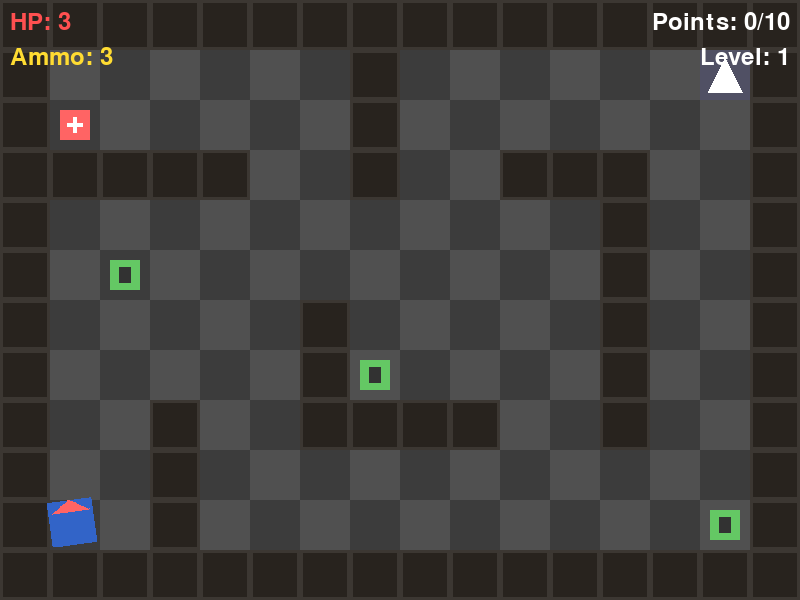
Repository: vjacheslavl/bb-apes
Script's output: python game.py
The author's editor kept a copy of each file at every save. The script's output is drawn from the files as they stood at one save, then again after the next save.
The window is shown after at most 60 frames with no key pressed. Random numbers start from a fixed seed.

Above is the script's output before, as saved 2026-03-07 13:33:51.

### game.py
import pygame
import sys
import math

pygame.init()

SCREEN_WIDTH = 800
SCREEN_HEIGHT = 600
FPS = 60

WHITE = (255, 255, 255)
BLUE = (50, 100, 200)
GRAY_LIGHT = (80, 80, 80)
GRAY_DARK = (60, 60, 60)
WALL_COLOR = (40, 35, 30)
TILE_SIZE = 50
PLAYER_SPEED = 3
BULLET_SPEED = 10
BULLET_COLOR = (255, 220, 50)
MAX_HP = 3
MEDKIT_COLOR = (255, 100, 100)
AMMO_COLOR = (100, 200, 100)
EXIT_COLOR = (100, 200, 255)
POINTS_TO_EXIT = 10

font = None

LEVEL_MAP = [
    [1, 1, 1, 1, 1, 1, 1, 1, 1, 1, 1, 1, 1, 1, 1, 1],
    [1, 0, 0, 0, 0, 0, 0, 1, 0, 0, 0, 0, 0, 0, 4, 1],
    [1, 2, 0, 0, 0, 0, 0, 1, 0, 0, 0, 0, 0, 0, 0, 1],
    [1, 1, 1, 1, 1, 0, 0, 1, 0, 0, 1, 1, 1, 0, 0, 1],
    [1, 0, 0, 0, 0, 0, 0, 0, 0, 0, 0, 0, 1, 0, 0, 1],
    [1, 0, 3, 0, 0, 0, 0, 0, 0, 0, 0, 0, 1, 0, 0, 1],
    [1, 0, 0, 0, 0, 0, 1, 0, 0, 0, 0, 0, 1, 0, 0, 1],
    [1, 0, 0, 0, 0, 0, 1, 3, 0, 0, 0, 0, 1, 0, 0, 1],
    [1, 0, 0, 1, 0, 0, 1, 1, 1, 1, 0, 0, 1, 0, 0, 1],
    [1, 0, 0, 1, 0, 0, 0, 0, 0, 0, 0, 0, 0, 0, 0, 1],
    [1, 0, 0, 1, 0, 0, 0, 0, 0, 0, 0, 0, 0, 0, 3, 1],
    [1, 1, 1, 1, 1, 1, 1, 1, 1, 1, 1, 1, 1, 1, 1, 1],
]

screen = pygame.display.set_mode((SCREEN_WIDTH, SCREEN_HEIGHT))
pygame.display.set_caption("WASD Movement Game")
clock = pygame.time.Clock()


def draw_floor(surface):
    for row in range(SCREEN_HEIGHT // TILE_SIZE + 1):
        for col in range(SCREEN_WIDTH // TILE_SIZE + 1):
            color = GRAY_LIGHT if (row + col) % 2 == 0 else GRAY_DARK
            pygame.draw.rect(surface, color, (col * TILE_SIZE, row * TILE_SIZE, TILE_SIZE, TILE_SIZE))


class Wall:
    def __init__(self, x, y, width, height):
        self.rect = pygame.Rect(x, y, width, height)

    def draw(self, surface):
        pygame.draw.rect(surface, WALL_COLOR, self.rect)
        pygame.draw.rect(surface, (60, 55, 50), self.rect, 3)


class Medkit:
    def __init__(self, x, y):
        self.rect = pygame.Rect(x + 10, y + 10, 30, 30)
        self.alive = True

    def draw(self, surface):
        pygame.draw.rect(surface, MEDKIT_COLOR, self.rect)
        pygame.draw.rect(surface, WHITE, (self.rect.centerx - 8, self.rect.centery - 2, 16, 4))
        pygame.draw.rect(surface, WHITE, (self.rect.centerx - 2, self.rect.centery - 8, 4, 16))


class AmmoPack:
    def __init__(self, x, y):
        self.rect = pygame.Rect(x + 10, y + 10, 30, 30)
        self.alive = True

    def draw(self, surface):
        pygame.draw.rect(surface, AMMO_COLOR, self.rect)
        pygame.draw.rect(surface, (50, 50, 50), (self.rect.centerx - 6, self.rect.centery - 8, 12, 16))


class Exit:
    def __init__(self, x, y):
        self.rect = pygame.Rect(x, y, TILE_SIZE, TILE_SIZE)

    def draw(self, surface, player_has_enough_points):
        color = EXIT_COLOR if player_has_enough_points else (80, 80, 100)
        pygame.draw.rect(surface, color, self.rect)
        pygame.draw.polygon(surface, WHITE, [
            (self.rect.centerx, self.rect.top + 8),
            (self.rect.left + 8, self.rect.bottom - 8),
            (self.rect.right - 8, self.rect.bottom - 8)
        ])


def create_walls():
    walls = []
    for row_idx, row in enumerate(LEVEL_MAP):
        for col_idx, cell in enumerate(row):
            if cell == 1:
                walls.append(Wall(col_idx * TILE_SIZE, row_idx * TILE_SIZE, TILE_SIZE, TILE_SIZE))
    return walls


def create_pickups():
    medkits = []
    ammo_packs = []
    exits = []
    for row_idx, row in enumerate(LEVEL_MAP):
        for col_idx, cell in enumerate(row):
            if cell == 2:
                medkits.append(Medkit(col_idx * TILE_SIZE, row_idx * TILE_SIZE))
            elif cell == 3:
                ammo_packs.append(AmmoPack(col_idx * TILE_SIZE, row_idx * TILE_SIZE))
            elif cell == 4:
                exits.append(Exit(col_idx * TILE_SIZE, row_idx * TILE_SIZE))
    return medkits, ammo_packs, exits


class Bullet:
    def __init__(self, x, y, angle):
        self.x = x
        self.y = y
        self.radius = 5
        angle_rad = math.radians(-angle)
        self.vx = math.cos(angle_rad) * BULLET_SPEED
        self.vy = math.sin(angle_rad) * BULLET_SPEED
        self.alive = True

    def update(self, walls):
        self.x += self.vx
        self.y += self.vy

        if self.x < 0 or self.x > SCREEN_WIDTH or self.y < 0 or self.y > SCREEN_HEIGHT:
            self.alive = False
            return

        for wall in walls:
            if wall.rect.collidepoint(self.x, self.y):
                self.alive = False
                return

    def draw(self, surface):
        pygame.draw.circle(surface, BULLET_COLOR, (int(self.x), int(self.y)), self.radius)


class Player:
    def __init__(self, x, y):
        self.x = x
        self.y = y
        self.width = 45
        self.height = 45
        self.speed = PLAYER_SPEED
        self.angle = 0
        self.hp = 3
        self.ammo = 3
        self.points = 0

        self.original_surface = pygame.Surface((self.width, self.height), pygame.SRCALPHA)
        pygame.draw.rect(self.original_surface, BLUE, (0, 0, self.width, self.height))
        pygame.draw.polygon(self.original_surface, (255, 100, 100), [
            (self.width, self.height // 2),
            (self.width - 12, 4),
            (self.width - 12, self.height - 4)
        ])

    def shoot(self):
        if self.ammo > 0:
            self.ammo -= 1
            center_x = self.x + self.width // 2
            center_y = self.y + self.height // 2
            return Bullet(center_x, center_y, self.angle)
        return None

    def heal(self, amount):
        self.hp = min(self.hp + amount, MAX_HP)

    def add_ammo(self, amount):
        self.ammo += amount

    def get_rect(self):
        return pygame.Rect(self.x, self.y, self.width, self.height)

    def handle_input(self, keys, walls):
        old_x, old_y = self.x, self.y

        if keys[pygame.K_w]:
            self.y -= self.speed
        if keys[pygame.K_s]:
            self.y += self.speed
        if keys[pygame.K_a]:
            self.x -= self.speed
        if keys[pygame.K_d]:
            self.x += self.speed

        self.x = max(0, min(self.x, SCREEN_WIDTH - self.width))
        self.y = max(0, min(self.y, SCREEN_HEIGHT - self.height))

        player_rect = self.get_rect()
        for wall in walls:
            if player_rect.colliderect(wall.rect):
                self.x, self.y = old_x, old_y
                break

    def look_at_mouse(self, mouse_pos):
        center_x = self.x + self.width // 2
        center_y = self.y + self.height // 2
        dx = mouse_pos[0] - center_x
        dy = mouse_pos[1] - center_y
        self.angle = -math.degrees(math.atan2(dy, dx))

    def draw(self, surface):
        rotated = pygame.transform.rotate(self.original_surface, self.angle)
        rect = rotated.get_rect(center=(self.x + self.width // 2, self.y + self.height // 2))
        surface.blit(rotated, rect.topleft)


def draw_ui(surface, player, level):
    global font
    if font is None:
        font = pygame.font.Font(None, 36)

    hp_text = font.render(f"HP: {player.hp}", True, (255, 80, 80))
    ammo_text = font.render(f"Ammo: {player.ammo}", True, (255, 220, 50))
    points_text = font.render(f"Points: {player.points}/{POINTS_TO_EXIT}", True, WHITE)
    level_text = font.render(f"Level: {level}", True, WHITE)

    surface.blit(hp_text, (10, 10))
    surface.blit(ammo_text, (10, 45))
    surface.blit(points_text, (SCREEN_WIDTH - points_text.get_width() - 10, 10))
    surface.blit(level_text, (SCREEN_WIDTH - level_text.get_width() - 10, 45))


def main():
    level = 1
    player = Player(50, SCREEN_HEIGHT - 100)
    walls = create_walls()
    medkits, ammo_packs, exits = create_pickups()
    bullets = []

    running = True
    while running:
        for event in pygame.event.get():
            if event.type == pygame.QUIT:
                running = False
            if event.type == pygame.KEYDOWN:
                if event.key == pygame.K_ESCAPE:
                    running = False
                if event.key == pygame.K_SPACE:
                    bullet = player.shoot()
                    if bullet:
                        bullets.append(bullet)
            if event.type == pygame.MOUSEBUTTONDOWN:
                if event.button == 1:
                    bullet = player.shoot()
                    if bullet:
                        bullets.append(bullet)

        keys = pygame.key.get_pressed()
        player.handle_input(keys, walls)

        mouse_pos = pygame.mouse.get_pos()
        player.look_at_mouse(mouse_pos)

        for bullet in bullets:
            bullet.update(walls)
        bullets = [b for b in bullets if b.alive]

        player_rect = player.get_rect()
        for medkit in medkits:
            if medkit.alive and player_rect.colliderect(medkit.rect):
                player.heal(1)
                medkit.alive = False
        for ammo_pack in ammo_packs:
            if ammo_pack.alive and player_rect.colliderect(ammo_pack.rect):
                player.add_ammo(3)
                ammo_pack.alive = False

        if player.points >= POINTS_TO_EXIT:
            for exit_tile in exits:
                if player_rect.colliderect(exit_tile.rect):
                    level += 1
                    player.x = 50
                    player.y = SCREEN_HEIGHT - 100
                    medkits, ammo_packs, exits = create_pickups()
                    bullets = []
                    break

        has_enough_points = player.points >= POINTS_TO_EXIT

        draw_floor(screen)
        for exit_tile in exits:
            exit_tile.draw(screen, has_enough_points)
        for wall in walls:
            wall.draw(screen)
        for medkit in medkits:
            if medkit.alive:
                medkit.draw(screen)
        for ammo_pack in ammo_packs:
            if ammo_pack.alive:
                ammo_pack.draw(screen)
        for bullet in bullets:
            bullet.draw(screen)
        player.draw(screen)
        draw_ui(screen, player, level)
        pygame.display.flip()

        clock.tick(FPS)

    pygame.quit()
    sys.exit()


if __name__ == "__main__":
    main()

After the next save:
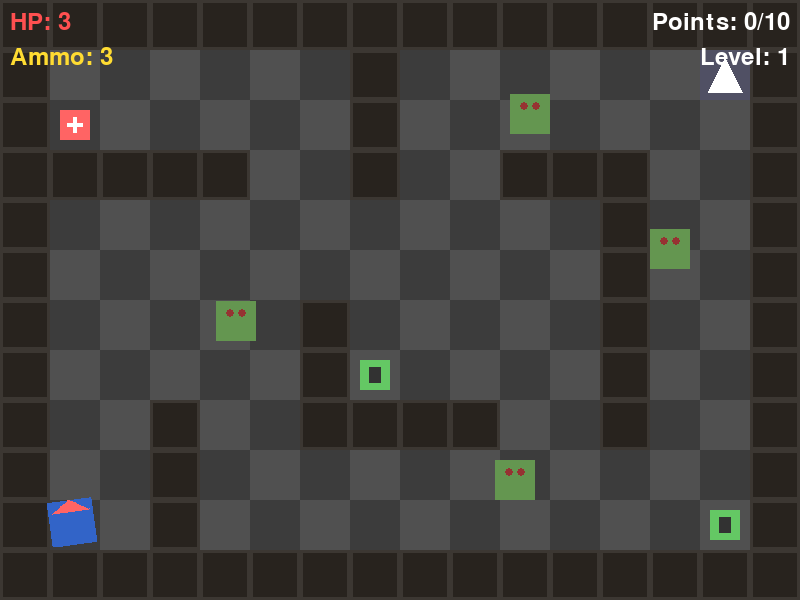
Saved 3 min 55 s later.
--- a/game.py
+++ b/game.py
@@ -22,20 +22,24 @@ MEDKIT_COLOR = (255, 100, 100)
 AMMO_COLOR = (100, 200, 100)
 EXIT_COLOR = (100, 200, 255)
 POINTS_TO_EXIT = 10
+ZOMBIE_COLOR = (100, 150, 80)
+ZOMBIE_SPEED = 1
+ZOMBIE_HP = 3
+ZOMBIE_SIZE = 40
 
 font = None
 
 LEVEL_MAP = [
     [1, 1, 1, 1, 1, 1, 1, 1, 1, 1, 1, 1, 1, 1, 1, 1],
-    [1, 0, 0, 0, 0, 0, 0, 1, 0, 0, 0, 0, 0, 0, 4, 1],
+    [1, 0, 0, 0, 0, 0, 0, 1, 0, 0, 0, 5, 0, 0, 4, 1],
     [1, 2, 0, 0, 0, 0, 0, 1, 0, 0, 0, 0, 0, 0, 0, 1],
     [1, 1, 1, 1, 1, 0, 0, 1, 0, 0, 1, 1, 1, 0, 0, 1],
-    [1, 0, 0, 0, 0, 0, 0, 0, 0, 0, 0, 0, 1, 0, 0, 1],
-    [1, 0, 3, 0, 0, 0, 0, 0, 0, 0, 0, 0, 1, 0, 0, 1],
+    [1, 0, 0, 0, 0, 0, 0, 0, 0, 0, 0, 0, 1, 0, 5, 1],
+    [1, 0, 0, 0, 0, 5, 0, 0, 0, 0, 0, 0, 1, 0, 0, 1],
     [1, 0, 0, 0, 0, 0, 1, 0, 0, 0, 0, 0, 1, 0, 0, 1],
     [1, 0, 0, 0, 0, 0, 1, 3, 0, 0, 0, 0, 1, 0, 0, 1],
     [1, 0, 0, 1, 0, 0, 1, 1, 1, 1, 0, 0, 1, 0, 0, 1],
-    [1, 0, 0, 1, 0, 0, 0, 0, 0, 0, 0, 0, 0, 0, 0, 1],
+    [1, 0, 0, 1, 0, 0, 0, 0, 0, 0, 0, 5, 0, 0, 0, 1],
     [1, 0, 0, 1, 0, 0, 0, 0, 0, 0, 0, 0, 0, 0, 3, 1],
     [1, 1, 1, 1, 1, 1, 1, 1, 1, 1, 1, 1, 1, 1, 1, 1],
 ]
@@ -96,6 +100,64 @@ class Exit:
         ])
 
 
+class Zombie:
+    def __init__(self, x, y):
+        self.x = x + (TILE_SIZE - ZOMBIE_SIZE) // 2
+        self.y = y + (TILE_SIZE - ZOMBIE_SIZE) // 2
+        self.width = ZOMBIE_SIZE
+        self.height = ZOMBIE_SIZE
+        self.hp = ZOMBIE_HP
+        self.alive = True
+        self.damage_cooldown = 0
+
+    def get_rect(self):
+        return pygame.Rect(self.x, self.y, self.width, self.height)
+
+    def update(self, player, walls):
+        if not self.alive:
+            return
+
+        if self.damage_cooldown > 0:
+            self.damage_cooldown -= 1
+
+        player_cx = player.x + player.width // 2
+        player_cy = player.y + player.height // 2
+        zombie_cx = self.x + self.width // 2
+        zombie_cy = self.y + self.height // 2
+
+        dx = player_cx - zombie_cx
+        dy = player_cy - zombie_cy
+        dist = math.sqrt(dx * dx + dy * dy)
+
+        if dist > 0:
+            dx /= dist
+            dy /= dist
+
+        old_x, old_y = self.x, self.y
+        self.x += dx * ZOMBIE_SPEED
+        self.y += dy * ZOMBIE_SPEED
+
+        zombie_rect = self.get_rect()
+        for wall in walls:
+            if zombie_rect.colliderect(wall.rect):
+                self.x, self.y = old_x, old_y
+                break
+
+    def take_damage(self):
+        self.hp -= 1
+        if self.hp <= 0:
+            self.alive = False
+            return True
+        return False
+
+    def draw(self, surface):
+        if not self.alive:
+            return
+        pygame.draw.rect(surface, ZOMBIE_COLOR, (self.x, self.y, self.width, self.height))
+        pygame.draw.circle(surface, (150, 50, 50), (int(self.x + self.width // 2 - 6), int(self.y + 12)), 4)
+        pygame.draw.circle(surface, (150, 50, 50), (int(self.x + self.width // 2 + 6), int(self.y + 12)), 4)
+
+
 def create_walls():
     walls = []
     for row_idx, row in enumerate(LEVEL_MAP):
@@ -109,6 +171,7 @@ def create_pickups():
     medkits = []
     ammo_packs = []
     exits = []
+    zombies = []
     for row_idx, row in enumerate(LEVEL_MAP):
         for col_idx, cell in enumerate(row):
             if cell == 2:
@@ -117,7 +180,9 @@ def create_pickups():
                 ammo_packs.append(AmmoPack(col_idx * TILE_SIZE, row_idx * TILE_SIZE))
             elif cell == 4:
                 exits.append(Exit(col_idx * TILE_SIZE, row_idx * TILE_SIZE))
-    return medkits, ammo_packs, exits
+            elif cell == 5:
+                zombies.append(Zombie(col_idx * TILE_SIZE, row_idx * TILE_SIZE))
+    return medkits, ammo_packs, exits, zombies
 
 
 class Bullet:
@@ -238,8 +303,9 @@ def main():
     level = 1
     player = Player(50, SCREEN_HEIGHT - 100)
     walls = create_walls()
-    medkits, ammo_packs, exits = create_pickups()
+    medkits, ammo_packs, exits, zombies = create_pickups()
     bullets = []
+    damage_cooldown = 0
 
     running = True
     while running:
@@ -265,11 +331,40 @@ def main():
         mouse_pos = pygame.mouse.get_pos()
         player.look_at_mouse(mouse_pos)
 
+        for zombie in zombies:
+            zombie.update(player, walls)
+
         for bullet in bullets:
             bullet.update(walls)
         bullets = [b for b in bullets if b.alive]
 
+        for bullet in bullets:
+            for zombie in zombies:
+                if zombie.alive and zombie.get_rect().collidepoint(bullet.x, bullet.y):
+                    bullet.alive = False
+                    if zombie.take_damage():
+                        player.points += 1
+                    break
+        bullets = [b for b in bullets if b.alive]
+
+        if damage_cooldown > 0:
+            damage_cooldown -= 1
+
         player_rect = player.get_rect()
+        for zombie in zombies:
+            if zombie.alive and player_rect.colliderect(zombie.get_rect()):
+                if damage_cooldown == 0:
+                    player.hp -= 1
+                    damage_cooldown = 60
+                    if player.hp <= 0:
+                        player.hp = MAX_HP
+                        player.x = 50
+                        player.y = SCREEN_HEIGHT - 100
+                        player.points = 0
+                        medkits, ammo_packs, exits, zombies = create_pickups()
+                        bullets = []
+                break
+
         for medkit in medkits:
             if medkit.alive and player_rect.colliderect(medkit.rect):
                 player.heal(1)
@@ -285,7 +380,7 @@ def main():
                     level += 1
                     player.x = 50
                     player.y = SCREEN_HEIGHT - 100
-                    medkits, ammo_packs, exits = create_pickups()
+                    medkits, ammo_packs, exits, zombies = create_pickups()
                     bullets = []
                     break
 
@@ -302,6 +397,8 @@ def main():
         for ammo_pack in ammo_packs:
             if ammo_pack.alive:
                 ammo_pack.draw(screen)
+        for zombie in zombies:
+            zombie.draw(screen)
         for bullet in bullets:
             bullet.draw(screen)
         player.draw(screen)
